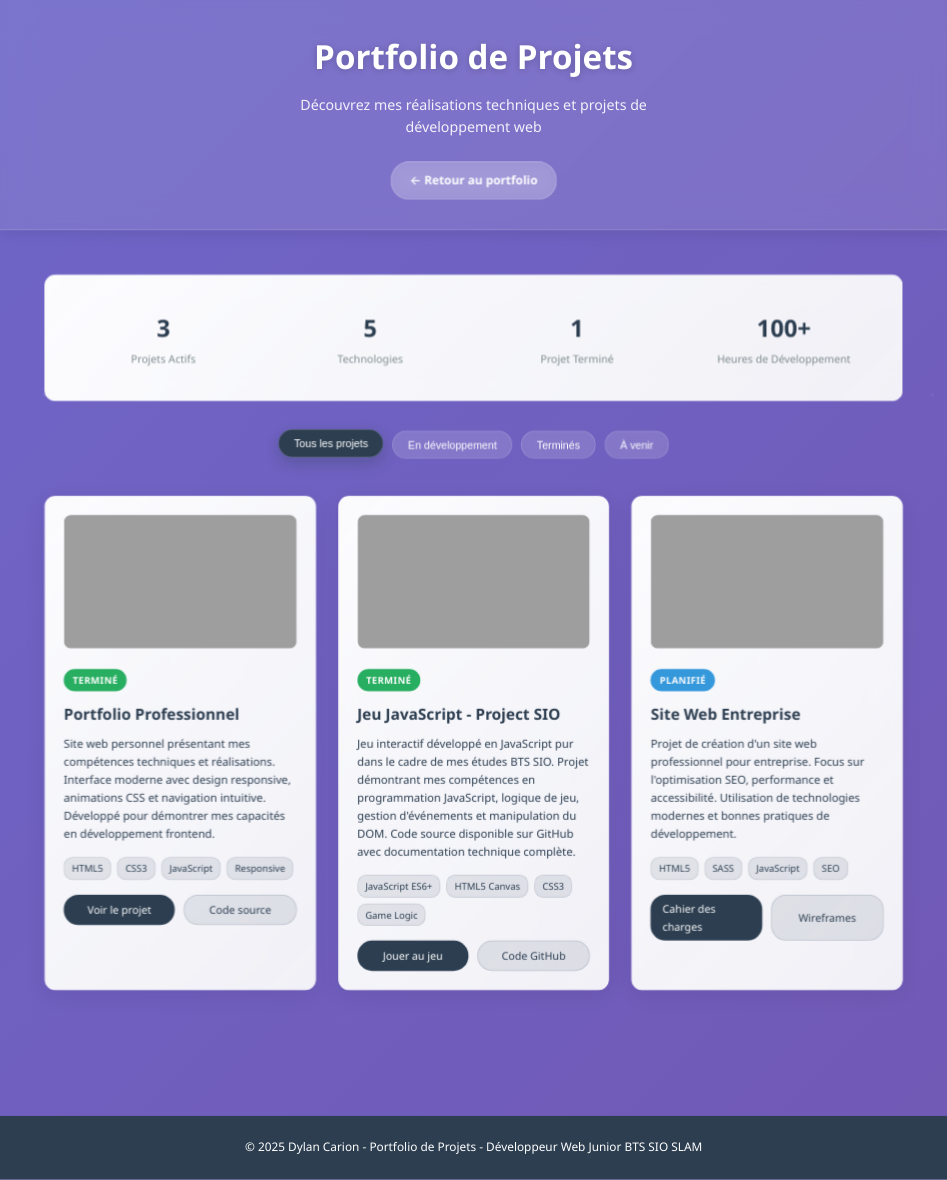
Repository: gato2fraises/Portfolio
Page: projet.html
An editor plug-in stored every save of this project. The page is shown before and after the next save, followed by the edit.
The browser window is 1280 px wide. The pictures show the whole page, at 74% of full size.
Pictures or frames that could not be fetched are drawn as grey boxes.

Above is the page before, as saved 2025-09-10 15:53:55.

After the next save:
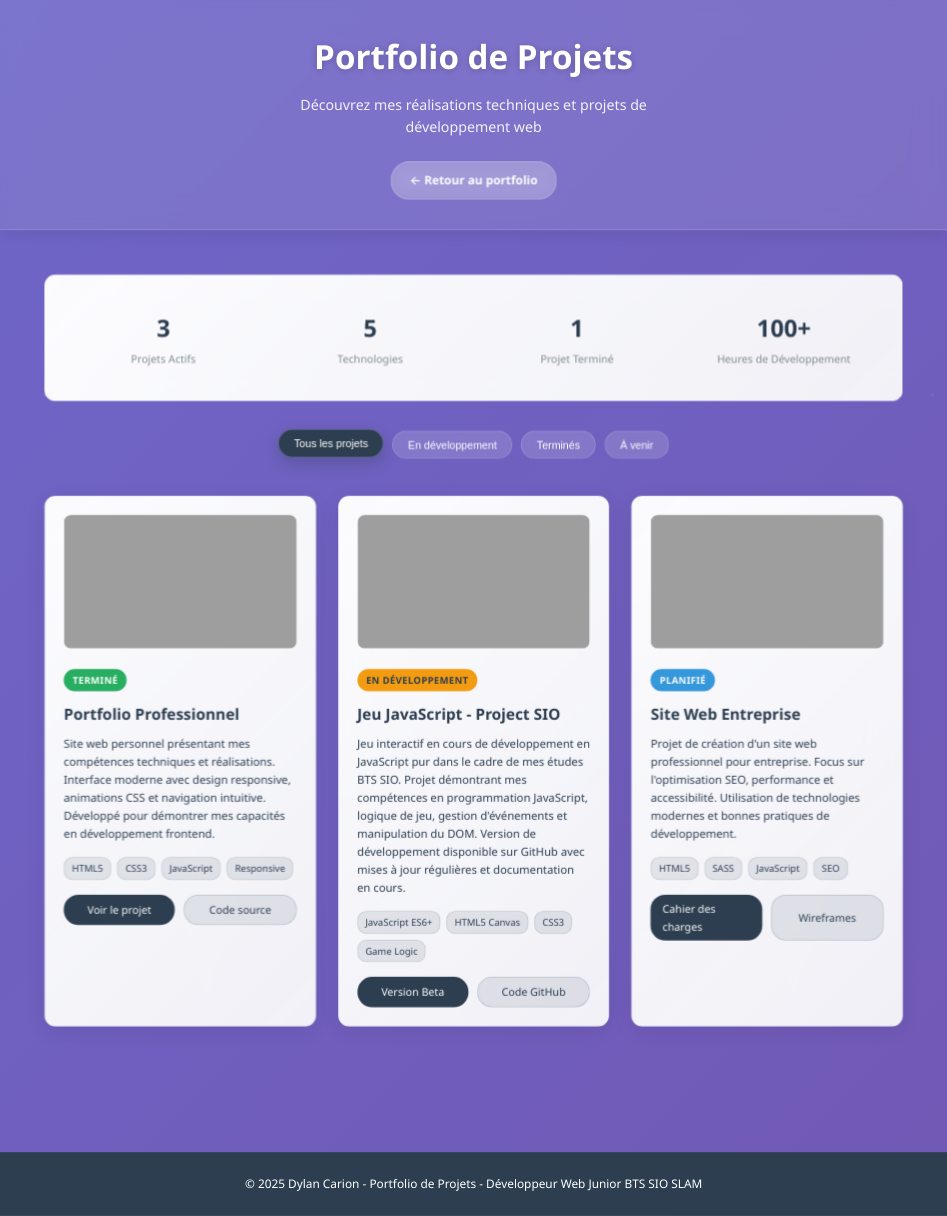
Saved 51 s later.
--- a/projet.html
+++ b/projet.html
@@ -513,15 +513,15 @@
             </article>
 
             <!-- Projet 2 - Jeu JavaScript -->
-            <article class="project-card" data-category="completed">
+            <article class="project-card" data-category="progress">
                 <img src="images/game.jpg" alt="Jeu JavaScript" class="project-image" loading="lazy">
-                <span class="project-status status-completed">Terminé</span>
+                <span class="project-status status-progress">En développement</span>
                 <h3 class="project-title">Jeu JavaScript - Project SIO</h3>
                 <p class="project-description">
-                    Jeu interactif développé en JavaScript pur dans le cadre de mes études BTS SIO.
+                    Jeu interactif en cours de développement en JavaScript pur dans le cadre de mes études BTS SIO.
                     Projet démontrant mes compétences en programmation JavaScript, logique de jeu,
-                    gestion d'événements et manipulation du DOM. Code source disponible sur GitHub
-                    avec documentation technique complète.
+                    gestion d'événements et manipulation du DOM. Version de développement disponible sur GitHub
+                    avec mises à jour régulières et documentation en cours.
                 </p>
                 <div class="project-tech">
                     <span class="tech-tag">JavaScript ES6+</span>
@@ -531,7 +531,7 @@
                 </div>
                 <div class="project-links">
                     <a href="easteregg.html" class="project-link link-primary">
-                        Jouer au jeu
+                        Version Beta
                     </a>
                     <a href="https://github.com/gato2fraises/Project-SIO" target="_blank" rel="noopener noreferrer" class="project-link link-secondary">
                         Code GitHub
